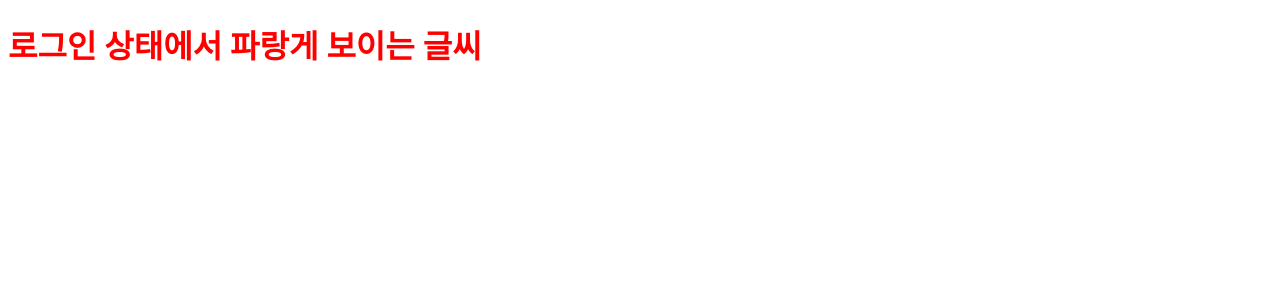
Repository: sirius455/spring-workspace
Page: http://localhost/Spring_REST/cookie/check
An editor plug-in stored every save of this project. The page is shown before and after a run of saves, followed by the edit.
The browser window is 1280 px wide. The pictures show the whole page.
The page is served by Tomcat 9.

Above is the page before, as saved 2021-08-06 02:18:10.

After the next 2 saves:
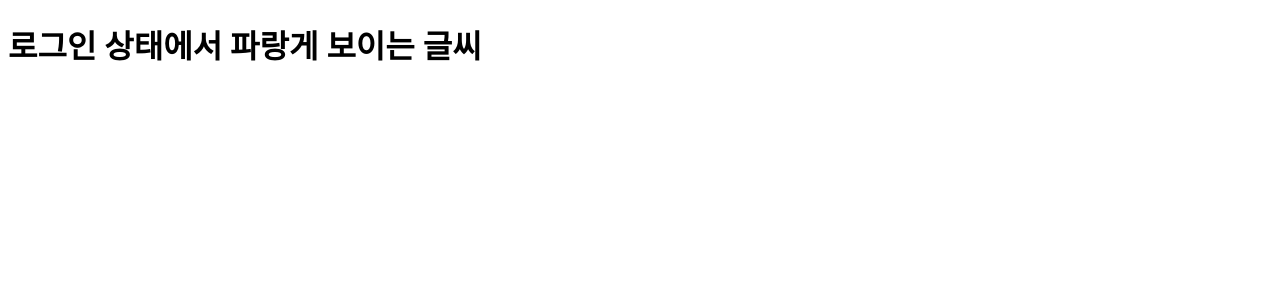
The 2 saves are shown as one change because they came seconds apart.
The last was saved 74 s later.
--- a/Spring_REST/src/main/webapp/WEB-INF/views/cookie/check.jsp
+++ b/Spring_REST/src/main/webapp/WEB-INF/views/cookie/check.jsp
@@ -6,14 +6,14 @@
 <head>
 <meta charset="EUC-KR">
 <title>Insert title here</title>
-<c:if test="${login }">
+<c:if test="${login == 1}">
 <style>
 	h1 {
 		color:blue;
 	}
 </style>
 </c:if>
-<c:if test="${not login }">
+<c:if test="${login == 0}">
 <style>
 h1 {
 		color: red;
